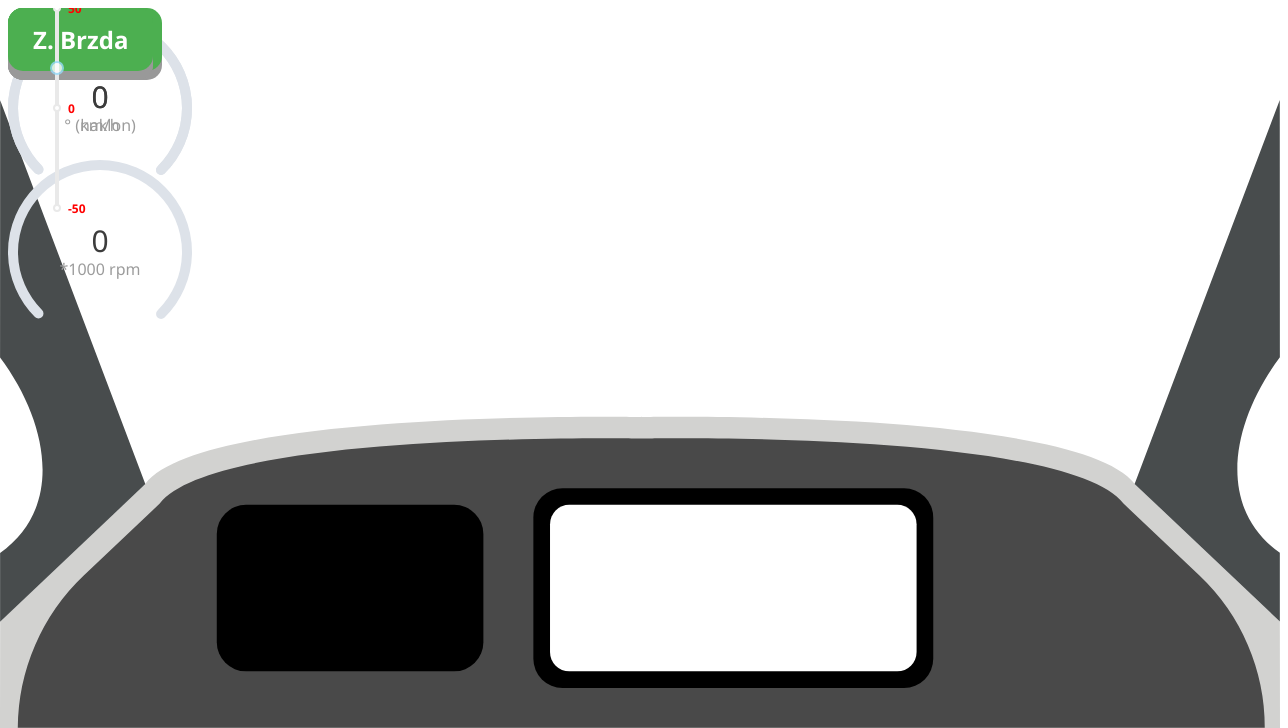
Repository: matyasvelc/train
Page: / (app in frontend/)
The author's editor kept a copy of each file at every save. The page is drawn from the files as they stood at one save, then again after the next save.
The browser window is 1280 px wide. The page is 1280 px wide, then 1288 px, then 1280 px, so the pictures cover 1288 px, including what lies to the right of the window. The pictures show the whole page.
The page's requests for data from a server got no answer. The project was rebuilt for these pictures with package versions that can differ from the ones it lists, and the page was loaded fresh each time. No one was signed in, and anything a server would have sent is missing.

Above is the page before, as saved 2022-04-04 16:39:32.

After the next save:
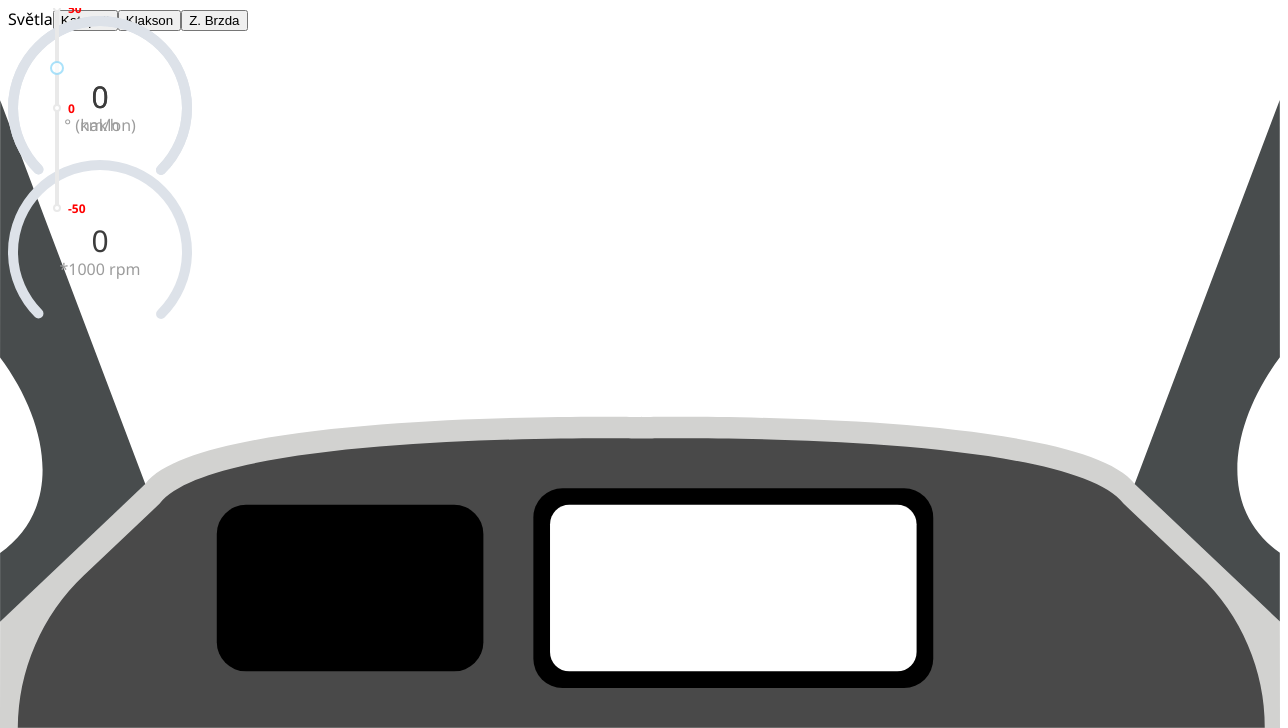
Saved 45 s later.
--- a/frontend/src/index.js
+++ b/frontend/src/index.js
@@ -140,10 +140,10 @@
       </div>
         </div>
         <input id='svetla' class="svetla" onClick={Svetlo} checked={svetlo} type='checkbox'></input>
-        <label class="button" htmlFor='svetla'>Světla</label>
-        <button class="button" >Katapult</button>
-        <button class="button" >Klakson</button>
-        <button class="button" >Z. Brzda</button>
+        <label class="button.1" htmlFor='svetla'>Světla</label>
+        <button class="button.2" >Katapult</button>
+        <button class="button.3" >Klakson</button>
+        <button class="button.4" >Z. Brzda</button>
         <div style={parentStyle}>
           <div style={style}>
             <Slider vertical min={-50} max={50} step={2} marks={marks} included={false} onAfterChange={Rychlost} defaultValue={20}/>

After the 2 saves that followed:
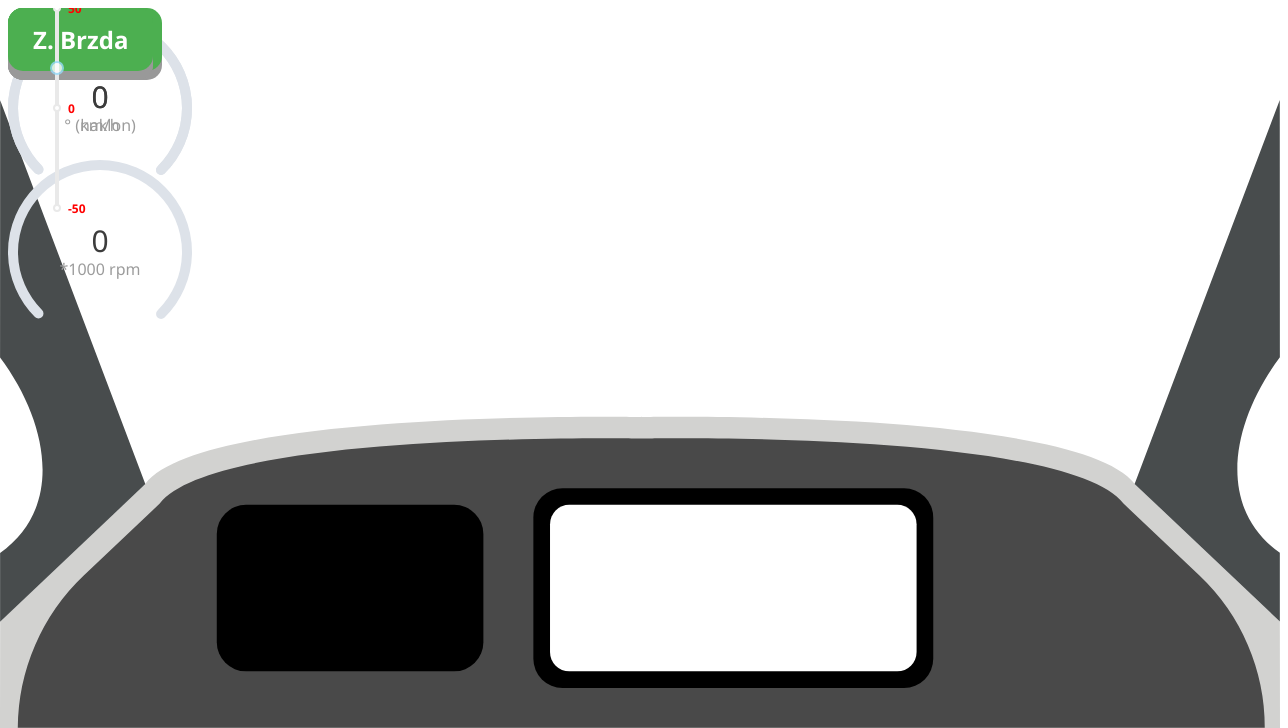
The 2 saves are shown as one change because 1 left the picture as it was.
The last was saved 2 min 16 s later.
--- a/frontend/src/index.js
+++ b/frontend/src/index.js
@@ -140,10 +140,10 @@
       </div>
         </div>
         <input id='svetla' class="svetla" onClick={Svetlo} checked={svetlo} type='checkbox'></input>
-        <label class="button.1" htmlFor='svetla'>Světla</label>
-        <button class="button.2" >Katapult</button>
-        <button class="button.3" >Klakson</button>
-        <button class="button.4" >Z. Brzda</button>
+        <label class="button 1" htmlFor='svetla'>Světla</label>
+        <button class="button 2" >Katapult</button>
+        <button class="button 3" >Klakson</button>
+        <button class="button 4" >Z. Brzda</button>
         <div style={parentStyle}>
           <div style={style}>
             <Slider vertical min={-50} max={50} step={2} marks={marks} included={false} onAfterChange={Rychlost} defaultValue={20}/>
